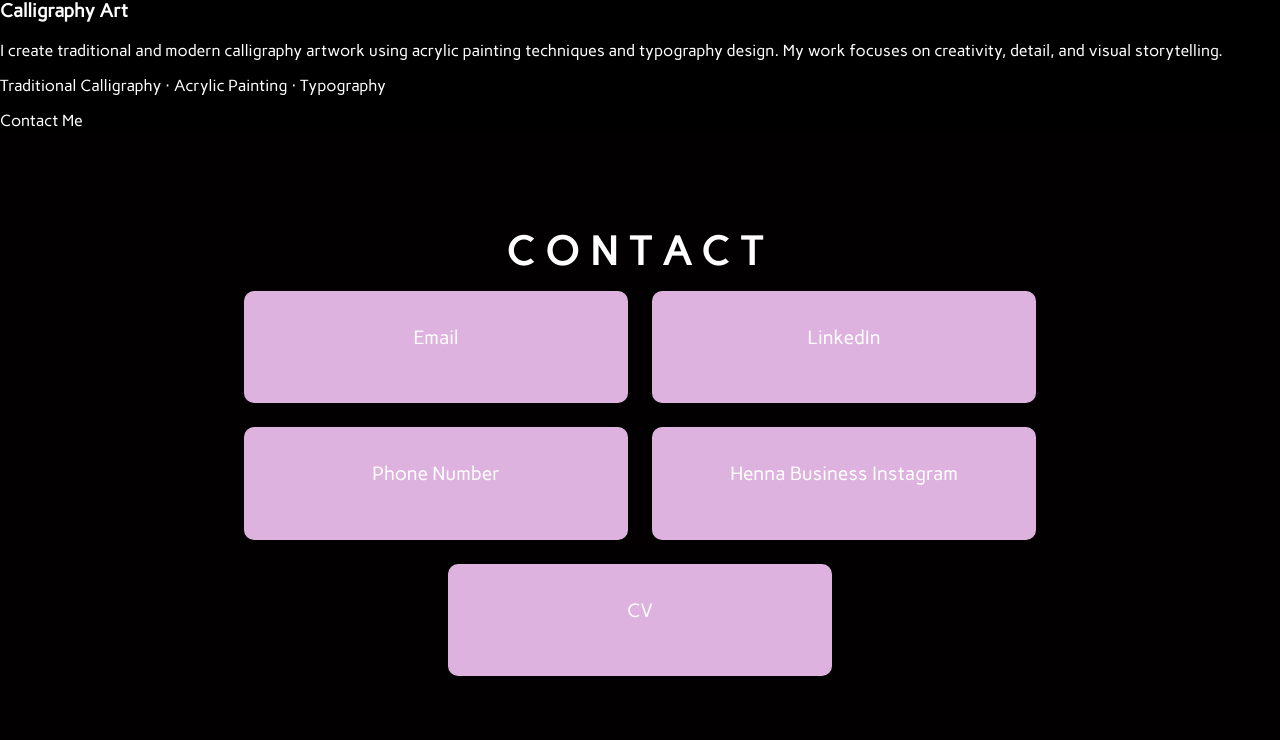
Repository: Rameen-A/Rameen-A
Page: index.html
An editor plug-in stored every save of this project. The page is shown before and after the next save, followed by the edit.
The browser window is 1280 px wide. The pictures show the part of the page from y = 2908 to 3648 px (the page is 3648 px tall before and 3629 px after).
A picture or video elsewhere on the page could not be fetched, so the positions and the page height are approximate.

Above is the page before, as saved 2026-05-09 22:29:11.

After the next save:
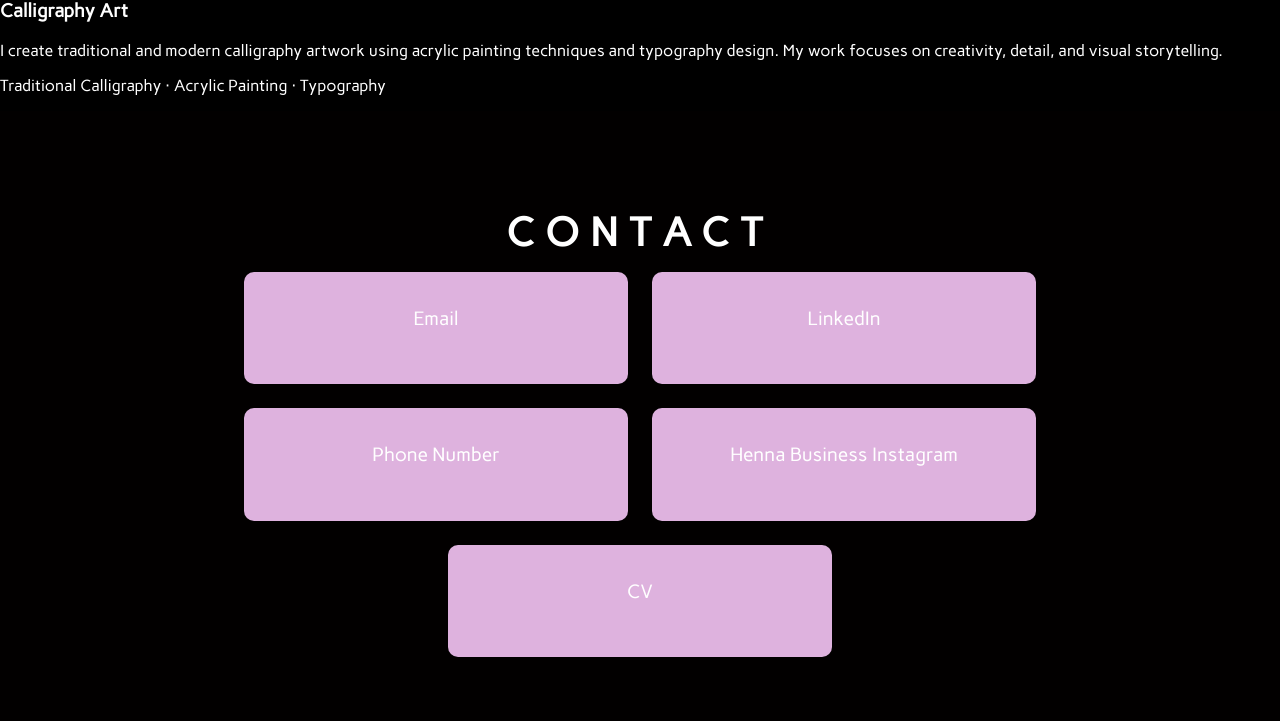
Saved 2 min 15 s later.
--- a/index.html
+++ b/index.html
@@ -176,8 +176,6 @@
               <p class="creative-tech">
                 Traditional Calligraphy · Acrylic Painting · Typography
               </p>
-
-              <a href="#contact"> Contact Me </a>
             </div>
           </article>
         </div>
